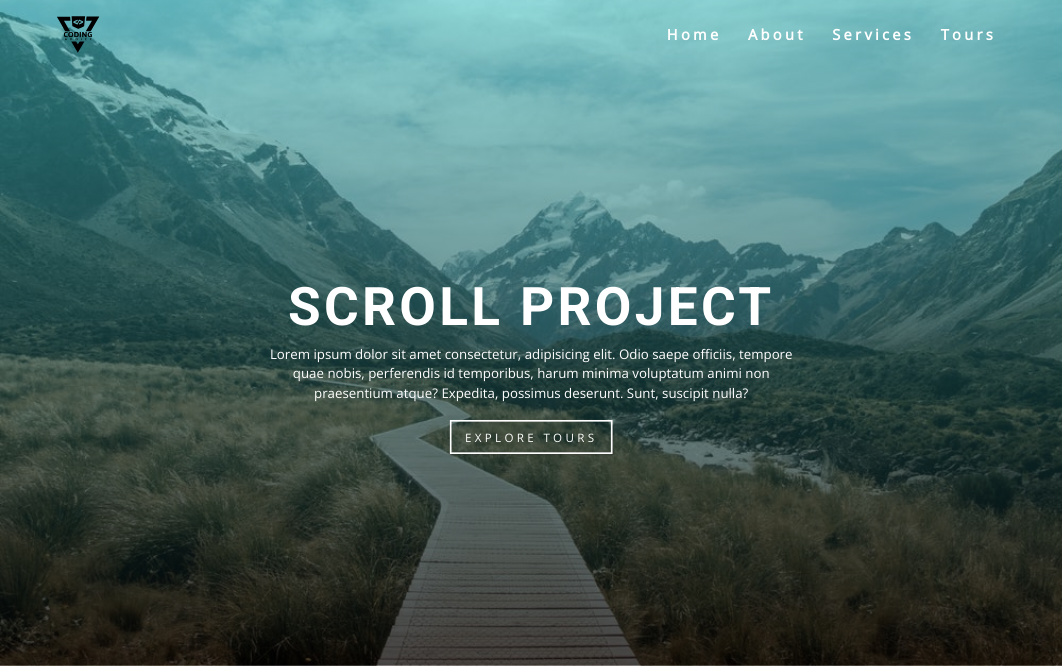
Repository: spidero7/Scroll
Page: index.html
An editor plug-in stored every save of this project. The page is shown before and after the next save, followed by the edit.
The browser window is 1280 px wide. The pictures show the whole page, at 83% of full size.
Some web libraries are served in a nearby version.

Above is the page before, as saved 2021-10-07 07:02:27.

After the next save:
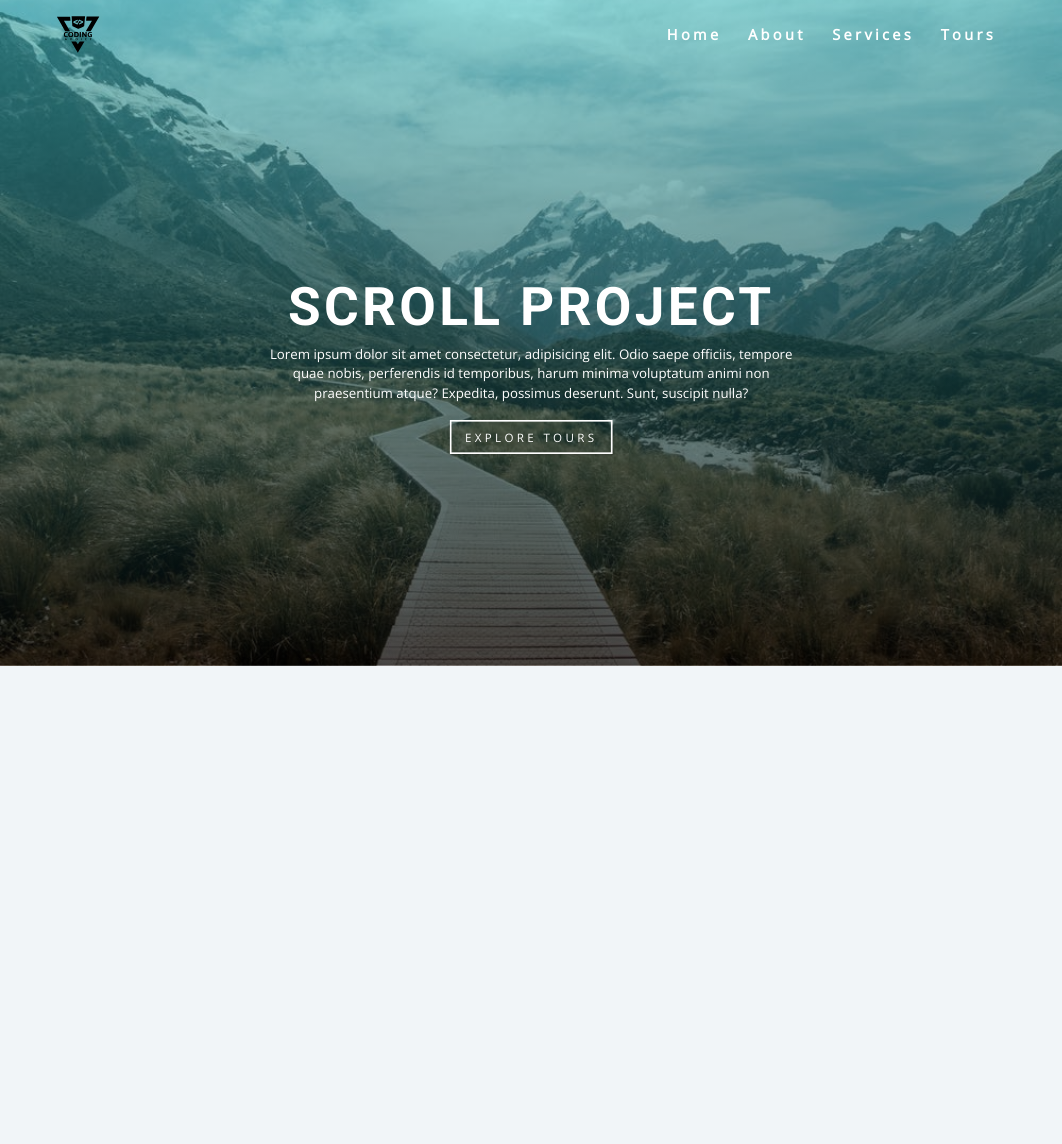
Saved 4 s later.
--- a/index.html
+++ b/index.html
@@ -56,7 +56,7 @@
         </div>
     </header>
     <!-- about -->
-    <section id=></section>
+    <section id="about"></section>
     <script src="app.js"></script>
 </body>
 </html>
